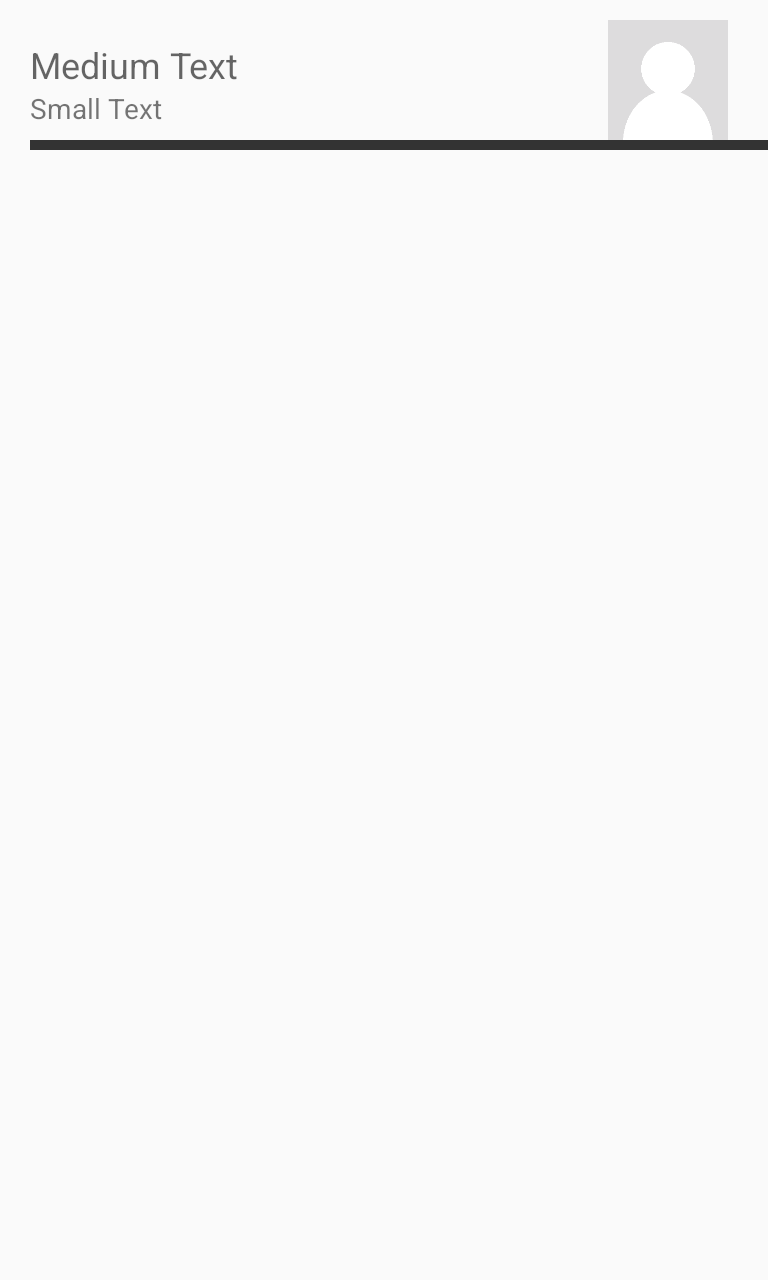
Repository: savindra/cutting-edge
Layout: Humzearch/res/layout/my_account.xml
An editor plug-in stored every save of this project. The layout is shown before and after the next save, followed by the edit.
It is drawn on a 768 x 1280 px phone screen (xhdpi) without system bars, with theme AppTheme; the app's code is not run.

Above is the layout before, as saved 2015-06-19 10:09:09.

After the next save:
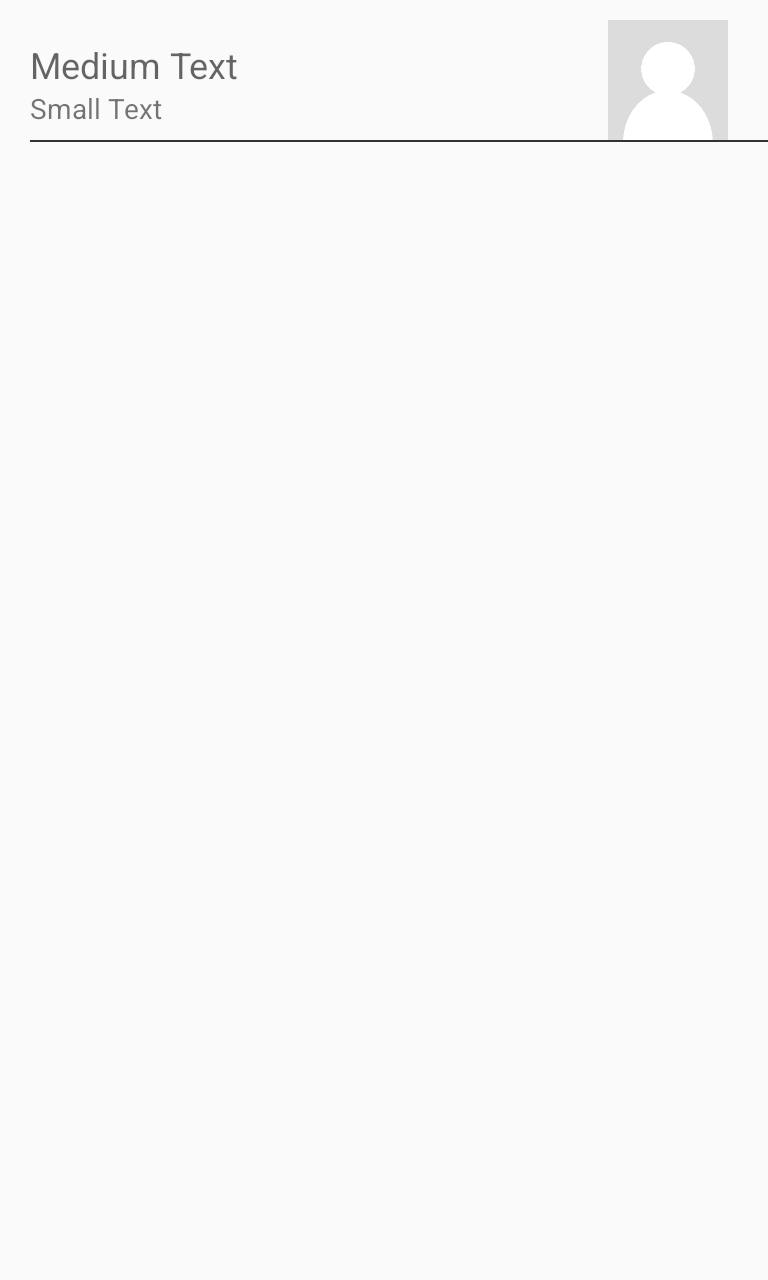
Saved 8 s later.
--- a/Humzearch/res/layout/my_account.xml
+++ b/Humzearch/res/layout/my_account.xml
@@ -40,7 +40,7 @@
     <ImageView
         android:id="@+id/imageView2"
         android:layout_width="match_parent"
-        android:layout_height="5dp"
+        android:layout_height="1dp"
         android:layout_alignLeft="@+id/textView2"
         android:layout_below="@+id/imageView1"
         android:src="@drawable/color_cursor" />
